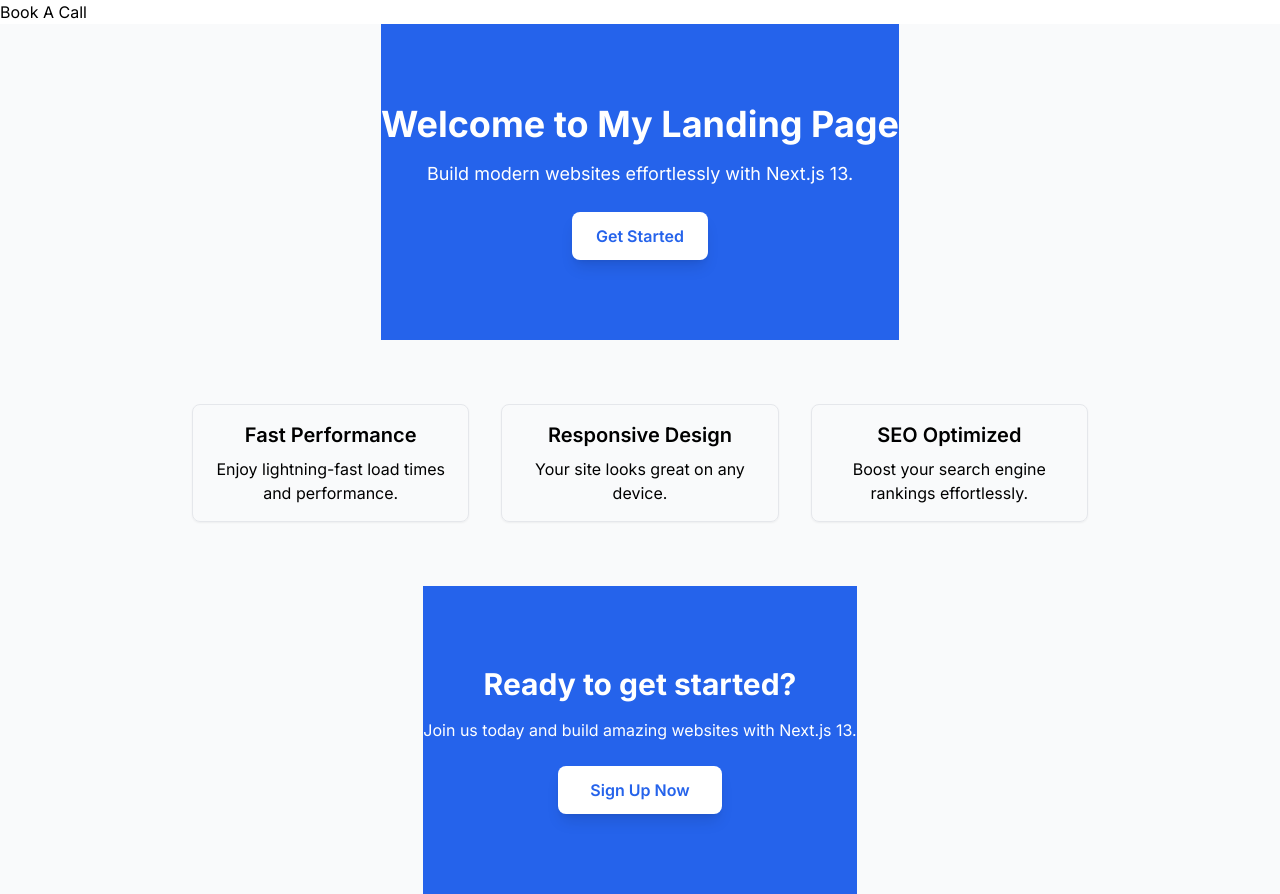
Repository: TheSecretlifeOfX/landing1
Page: /
These files come from the project's save history. The page is drawn as it stood at one moment and after the next save; the edit follows.
The browser window is 1280 px wide. The pictures show the whole page.
The project was rebuilt for these pictures with package versions that can differ from the ones it lists, and the page was loaded fresh each time. The framework's server and built-in components were replaced by stand-ins that run in the browser. Also part of the build but not shown: next.config.js.

Above is the page before, as saved 2024-11-13 20:48:49.

After the next save:
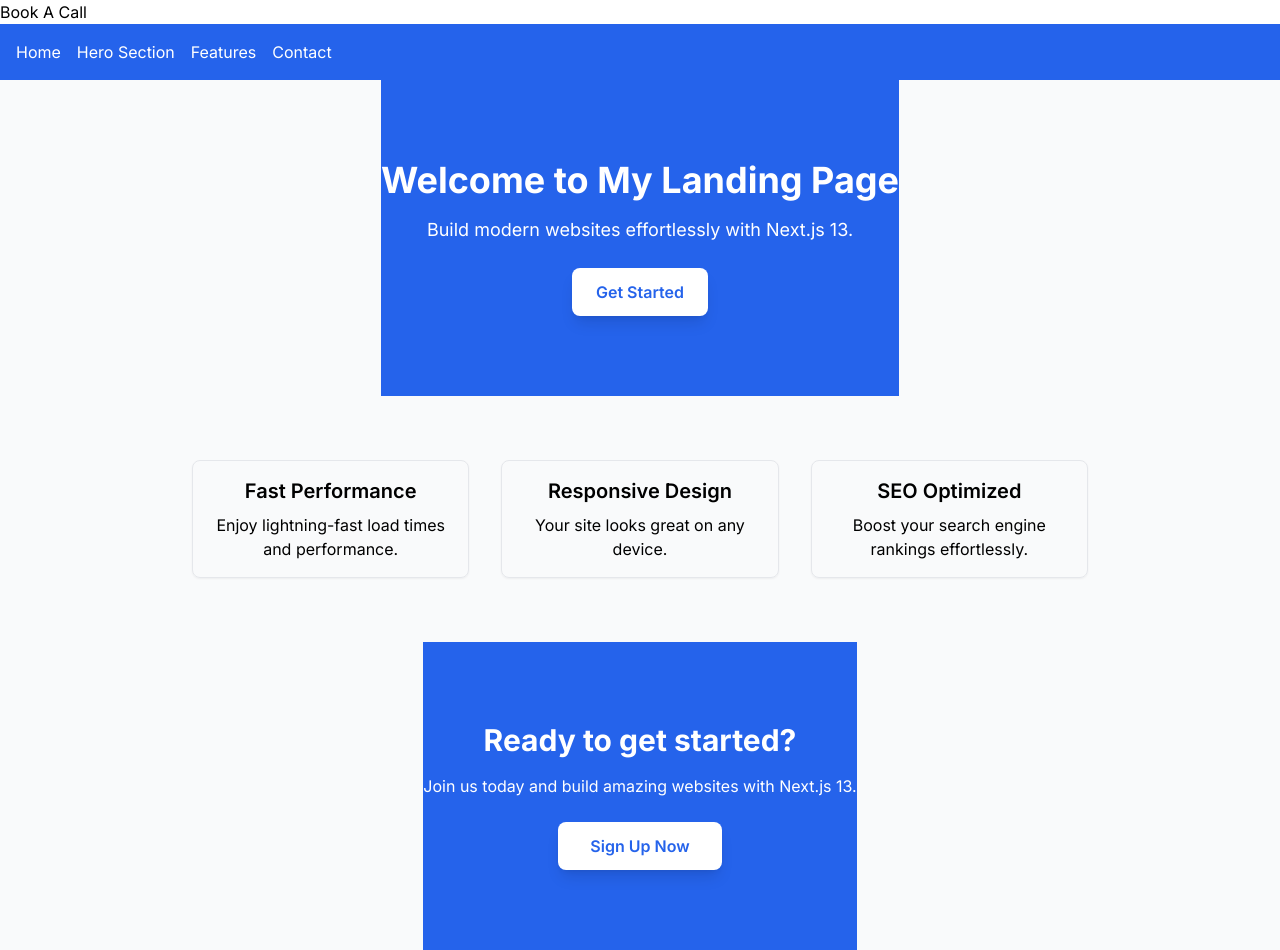
Saved 4 min 0 s later.
--- a/app/layout.tsx
+++ b/app/layout.tsx
@@ -2,6 +2,8 @@ import Link from 'next/link'
 import './globals.css'
 import type { Metadata } from 'next'
 import { Inter } from 'next/font/google'
+
+import Navbar from "@/components/Navbar";
 
 
 const inter = Inter({ subsets: ['latin'] })
@@ -21,6 +23,7 @@ export default function RootLayout({
       <body className={inter.className}>
       <nav>
         <h1>Book A Call</h1>
+        <Navbar />
       </nav>
       {children}</body>
     </html>
